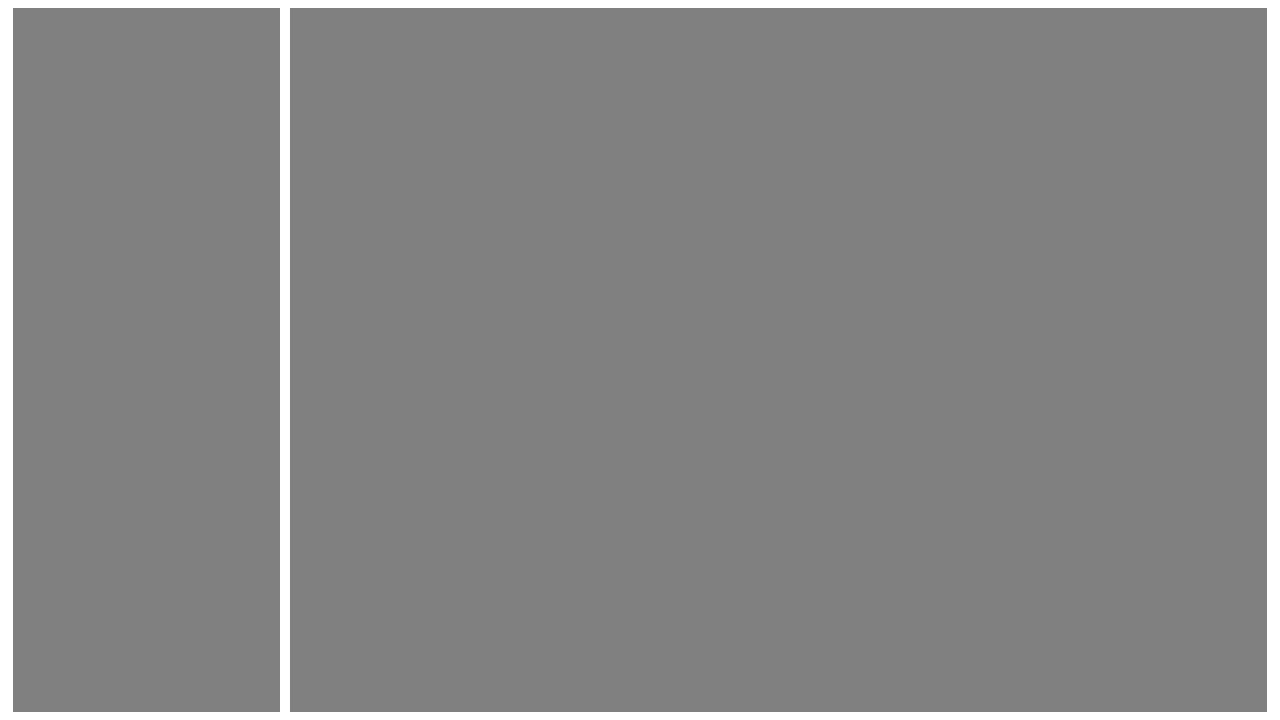
Repository: Sarah7223/internet-programming-tp
Page: TP2/TP02.6.html
These files come from the project's save history. The page is drawn as it stood at one moment and after the next save; the edit follows.
The browser window is 1280 px wide. The pictures show the whole page.

Above is the page before, as saved 2023-01-14 12:40:39.

### TP2/TP02.6.html
<html>

<head>
    <style>
        .background{
            height: 100%;
            width: 100%;
            display: flex;
            justify-content: center;
            align-items: center;
            flex-direction: row;
        }
        .first-raw{
            display: flex;
            width: 300px;
            height:100%;
            background-color: grey;
            margin: 5px;
        }
        .second-raw{
            display: flex;
            width: 1100px;
            height:100%;
            background-color: grey;
            margin: 5px;
        }


    </style>
</head>
<body>
    <div class="background">
        <div class="first-raw">

        </div>
        <div class="second-raw">

        </div>

    </div>



    <script>


    </script>

</body>
</html>

After the next save:
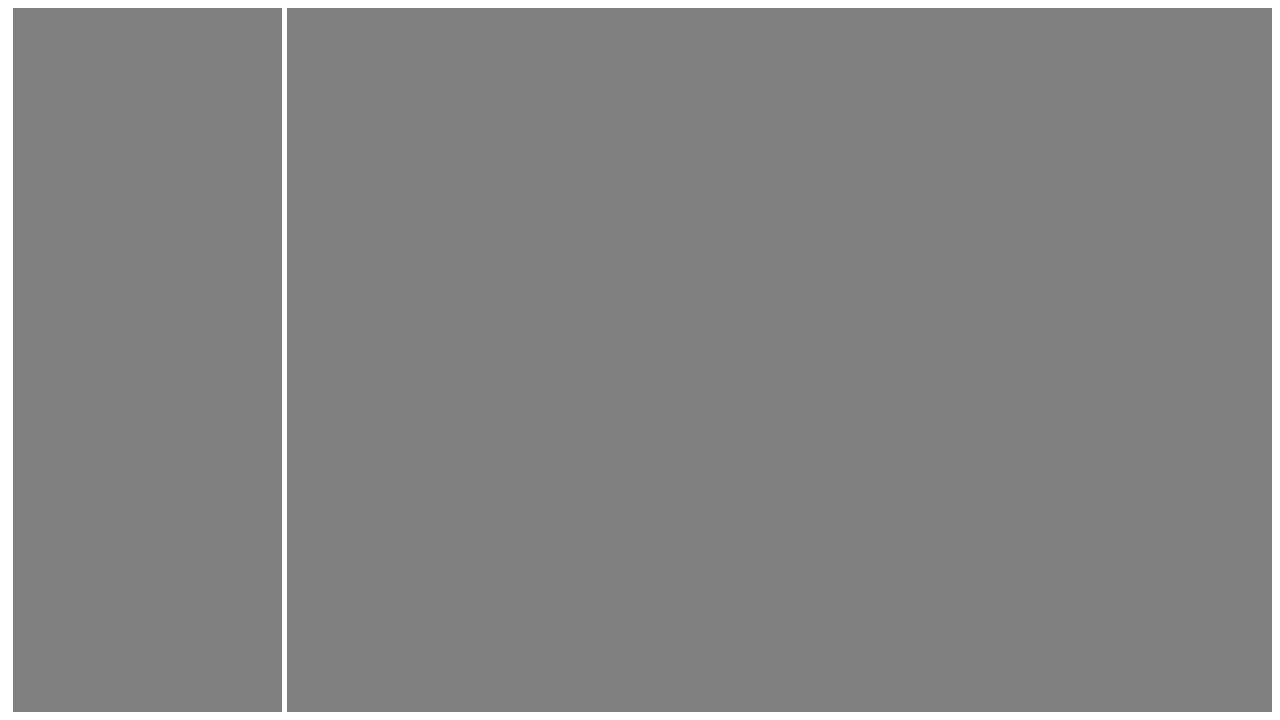
Saved 12 s later.
--- a/TP2/TP02.6.html
+++ b/TP2/TP02.6.html
@@ -22,7 +22,7 @@
             width: 1100px;
             height:100%;
             background-color: grey;
-            margin: 5px;
+
         }
 
 
